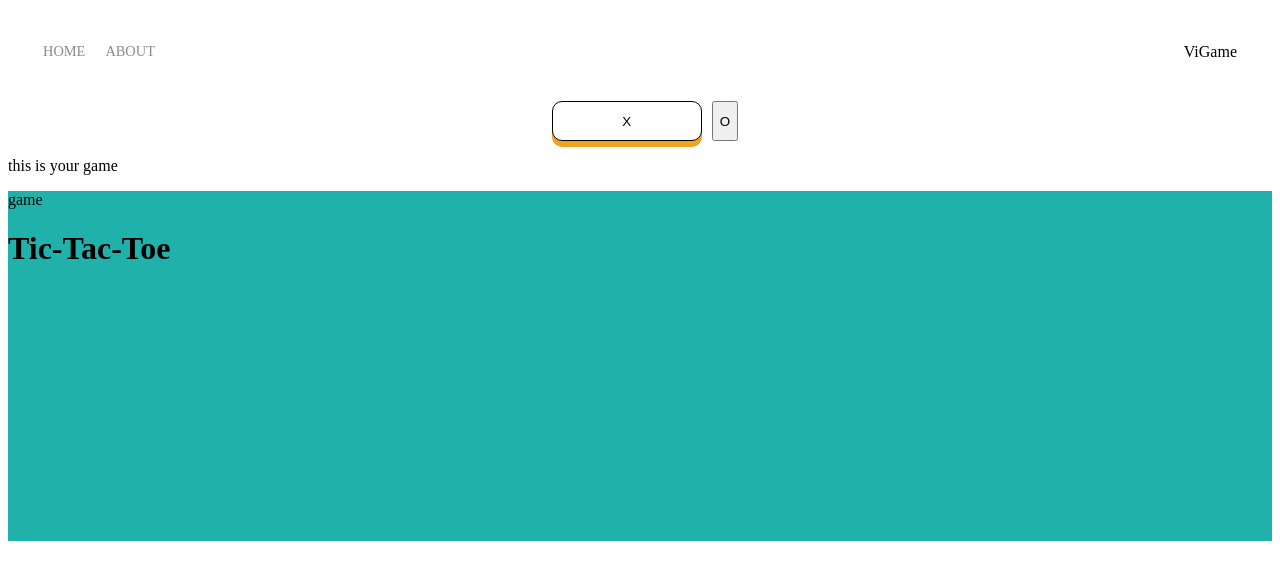
Repository: vahid242/viGame
Page: http://localhost/tic-tac-toe
The author's editor kept a record of every edit. The page is drawn from the files as they stood at one moment, then again after the next edit.
The browser window is 1280 px wide. The pictures show the whole page.
The page is served by the project's Node server (v1/app.js).

Above is the page before.

### v1/views/tic.ejs
<!DOCTYPE html>
<html>
    <head>
        <title>Page Title</title>
        <link rel="stylesheet" href="/stylesheets/tic.css">
    </head>
    <body>
        <div class="container">
                <div class="nav-wrapper">
        <div class="left-side">
            <div class="nav-link-wrapper">
                <a href="/">Home</a>
            </div>

            <div class="nav-link-wrapper">
                <a href="/">About</a>
            </div>
        </div>

        <div class="right-side">
            <div class="brand">
                <div>ViGame</div>
            </div>
        </div>
    </div>

            <div class="upside">
                <div class="choose">
                    <button class="chooseBox" id="xChose">X</button>
                    <!--<div class="chooseBox" id="xChose">X</div>-->
                    <button class="chooseBox" id="oChose">O</button>
                    <!--<div class="chooseBox" id="oChose">O</div>-->
                </div>
                <div id="userChose">
                    <p id="para">this is your game</p>
                </div>
            </div>

            <div class="downside">
                <!-- display the board-->
                <div>game</div>
                <div class="container-board">
              <h1>Tic-Tac-Toe</h1>
              <div class="play-area">
                <div id="block_0" class="block"></div>
                <div id="block_1" class="block"></div>
                <div id="block_2" class="block"></div>
                <div id="block_3" class="block"></div>
                <div id="block_4" class="block"></div>
                <div id="block_5" class="block"></div>
                <div id="block_6" class="block"></div>
                <div id="block_7" class="block"></div>
                <div id="block_8" class="block"></div>
              </div>
            </div>
            </div>
        </div>
    </body>
    <script src="/scripts/tic.js"></script>
</html>

### v1/app.js
var express = require("express");
var app = express();

app.set("view engine", "ejs");
app.use(express.static("public"));

app.get("/", function(req, res){
    res.render("home");
});

app.get("/tic-tac-toe", function(req, res){
    res.render("tic");
});

app.listen(process.env.PORT, process.env.IP, function(){
    console.log("The server has started");
});

### v1/public/stylesheets/tic.css
/*body{*/

/*}*/

/* Nav stylyes*/
.nav-wrapper{
    display: flex;
    justify-content:space-between;
    padding:35px;
}
.left-side{
    display: flex;
}

.nav-wrapper > .left-side > div{
    margin-right: 20px;
    font-size: 0.9em;
    text-transform: uppercase;
}

.nav-link-wrapper{
    height: 22px;
    border-bottom: 1px solid transparent;
    transition: border-bottom 0.5s;
}

.nav-link-wrapper a{
    color: #8a8a8a;
    text-decoration: none;
    transition: color 0.5s;
}

.nav-link-wrapper:hover {
    border-bottom:1px solid black;
}

.nav-link-wrapper a:hover{
    color: black;
}

/*upside style */

.choose{
    display: flex;
    justify-content: center;
    text-align: center;
    line-height:40px;
}

#xChose{
    border:1px solid black;
    background-color: white;
    width: 150px;
    height: 40px;
    border-radius: 10px;
    margin: 0 10px;
    box-shadow: 0 6px #efa424;
}
#xChose:hover {
	box-shadow: 0 4px #efa424;
	top: 2px;
}

#xChose:active {
	box-shadow: 0 0 #efa424;
	top: 6px;
}
/*#oChose{*/
/*    background-color: red;*/
/*    width: 150px;*/
/*    height: 40px;*/
/*    border-radius: 10px;*/
/*    margin: 0 10px;*/
/*}*/
.downside{
    background-color:#20B2AA;
    margin-bottom: 0;
    height: 350px;
}

### v1/public/scripts/tic.js
var xchose = document.getElementById("xChose");
var ochose = document.getElementById("oChose");
var para = document.getElementById("para");
var userChose = 0;
xchose.onclick = function(){
    userChose = 1;
    para.innerHTML = "X turn"
}

ochose.onclick = function(){
    userChose = -1;
    para.innerHTML = "O turn"
}


if(userChose === "X"){
    userChose = 1;
    para.innerHTML = "X turn";
}
// else if(userChose === "O") {
//     para.innerHTML = "O turn";
// }

After the next edit:
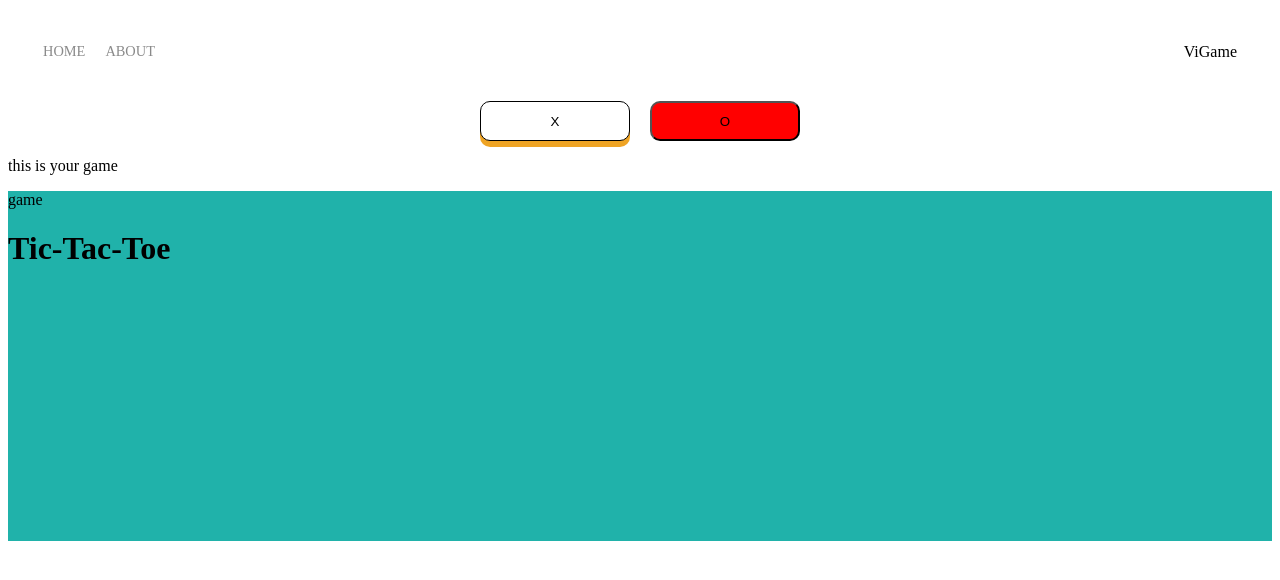
The edit:
--- a/v1/public/stylesheets/tic.css
+++ b/v1/public/stylesheets/tic.css
@@ -65,13 +65,13 @@
 	box-shadow: 0 0 #efa424;
 	top: 6px;
 }
-/*#oChose{*/
-/*    background-color: red;*/
-/*    width: 150px;*/
-/*    height: 40px;*/
-/*    border-radius: 10px;*/
-/*    margin: 0 10px;*/
-/*}*/
+#oChose{
+    background-color: red;
+    width: 150px;
+    height: 40px;
+    border-radius: 10px;
+    margin: 0 10px;
+}
 .downside{
     background-color:#20B2AA;
     margin-bottom: 0;
